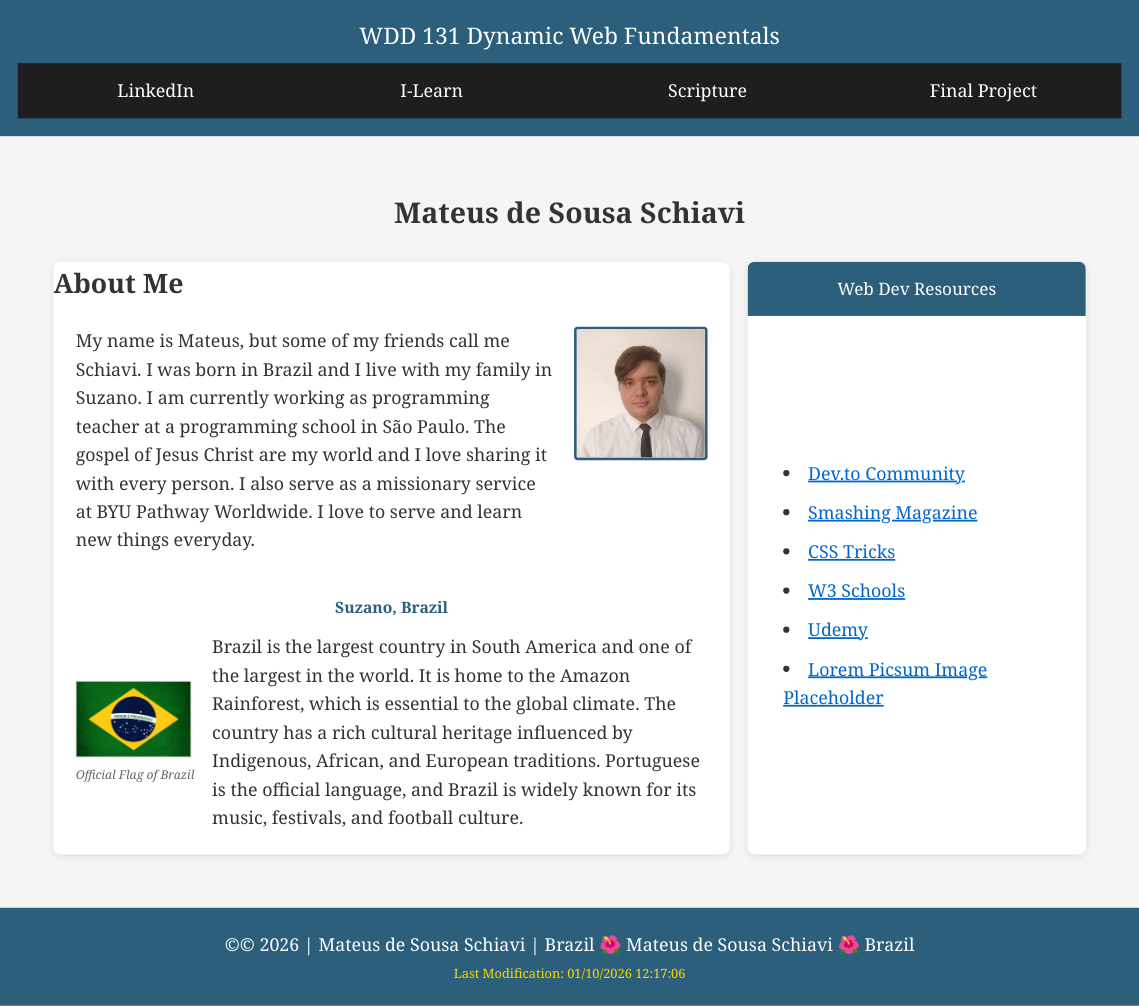
Repository: mateus-schiavi/wdd131
Page: index.html
The author's editor kept a copy of each file at every save. The page is drawn from the files as they stood at one save, then again after the next save.
The browser window is 1280 px wide. The pictures show the whole page, at 89% of full size.
Some web fonts or font styles are not loaded; a fallback is used.

Above is the page before, as saved 2026-01-10 19:09:39.

After the next save:
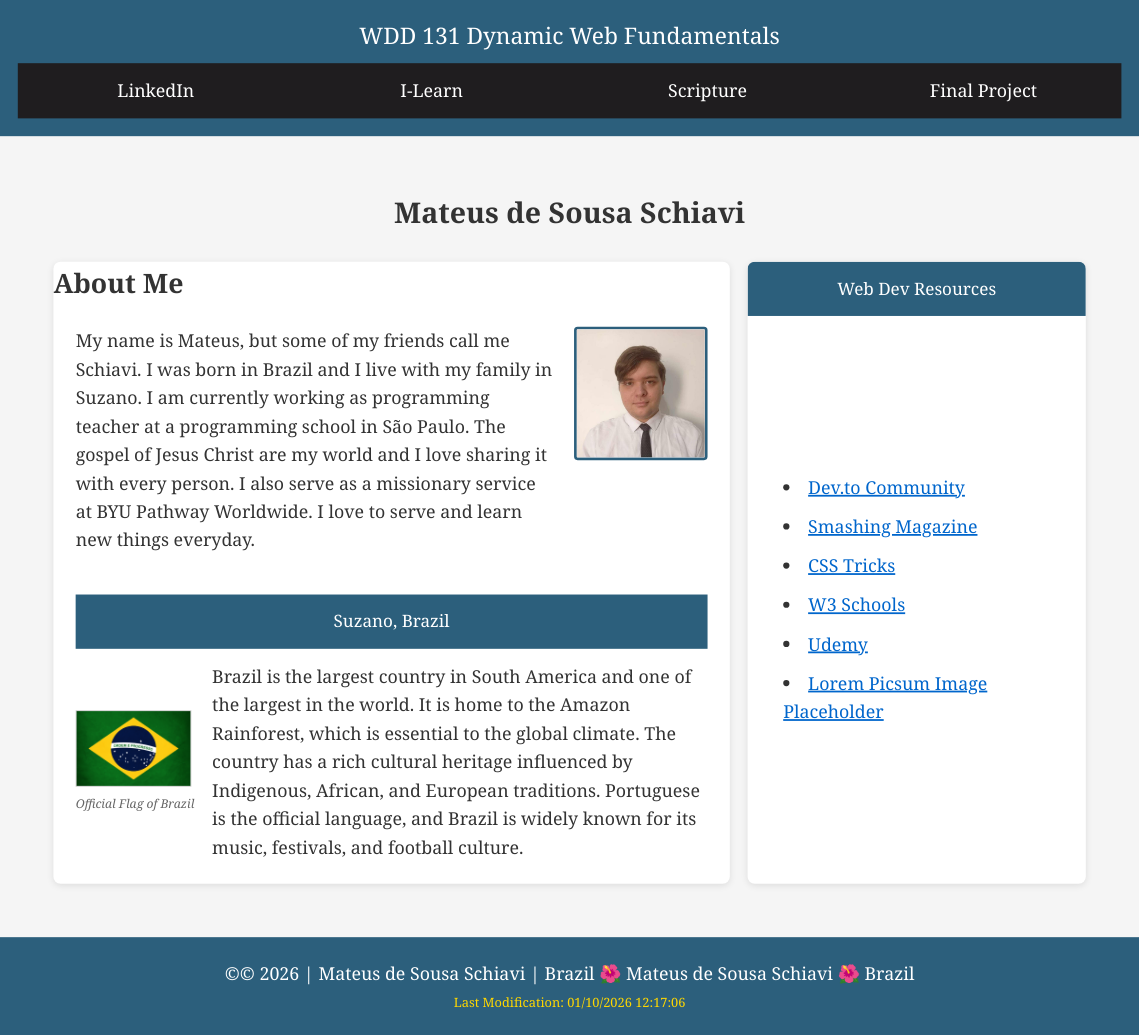
Saved 34 s later.
--- a/index.html
+++ b/index.html
@@ -46,7 +46,7 @@
                     <img src="./images/profile.jpg" alt="Profile picture of Mateus de Sousa Schiavi">
                 </div>
                 <div class="country">
-                    <h4>Suzano, Brazil</h4>
+                    <h3>Suzano, Brazil</h3>
                     <div class="country-content">
                         <figure>
                             <img src="./images/brazilian_flag.jpg" alt="Official flag of Brazil">
